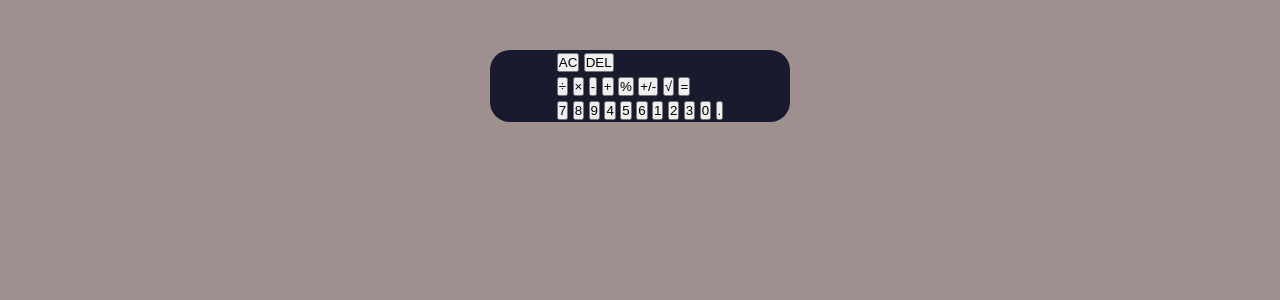
Repository: MikkyPrestige/js-calculator
Page: index.html
These files come from the project's save history. The page is drawn as it stood at one moment and after the next save; the edit follows.
The browser window is 1280 px wide. The pictures show the whole page.

Above is the page before, as saved 2023-05-08 01:00:23.

### index.html
<!DOCTYPE html>
<html lang="en">

<head>
  <meta charset="UTF-8">
  <meta http-equiv="X-UA-Compatible" content="IE=edge">
  <meta name="viewport" content="width=device-width, initial-scale=1.0">
  <title>JavaScript Calculator</title>
  <link rel="stylesheet" href="./index.css">
  <!-- <script src="script.js" defer></script> -->
</head>

<body>
  <main>
    <section class="calculator">
      <div class="output">
        <div class="output--curr"></div>
        <div class="output--prev"></div>
      </div>
      <div class="btns">
        <div class="btn--ctrls">
          <button class="btn btn--clear">AC</button>
          <button class="btn btn--del">DEL</button>
        </div>
        <div class="btn--ops">
          <button class="btn btn--op">÷</button>
          <button class="btn btn--op">×</button>
          <button class="btn btn--op">-</button>
          <button class="btn btn--op">+</button>
          <button class="btn btn--op">%</button>
          <button class="btn btn--op">+/-</button>
          <button class="btn btn--op">√</button>
          <button class="btn btn--op">=</button>
        </div>
        <div class="btn--nums">
          <button class="btn btn--num">7</button>
          <button class="btn btn--num">8</button>
          <button class="btn btn--num">9</button>
          <button class="btn btn--num">4</button>
          <button class="btn btn--num">5</button>
          <button class="btn btn--num">6</button>
          <button class="btn btn--num">1</button>
          <button class="btn btn--num">2</button>
          <button class="btn btn--num">3</button>
          <button class="btn btn--num">0</button>
          <button class="btn btn--num">.</button>
        </div>
      </div>
    </section>
  </main>
</body>

</html>

### index.css
*,
*::before,
*::after {
  box-sizing: border-box;
  margin: 0;
  padding: 0;
}

html {
  font-size: 62.5%;
}

body {
  font-family: 'Fira Sans', sans-serif;
  font-size: 1.6rem;
  font-weight: 400;
  line-height: 1.5;
  background: #9F9090;
  min-height: 100%;
  width: 100%;
}

main {
  background: rgba(26, 26, 46, 1);
  width: 100%;
  max-width: 30rem;
  height: 100%;
  margin: 5rem auto;
  /* padding: 1rem; */
  border-radius: 2rem;
  -webkit-border-radius: 2rem;
  -moz-border-radius: 2rem;
  -ms-border-radius: 2rem;
  -o-border-radius: 2rem;
}

.calculator {
  display: flex;
  flex-direction: column;
  justify-content: space-between;
  align-items: center;
  height: 100%;
}

After the next save:
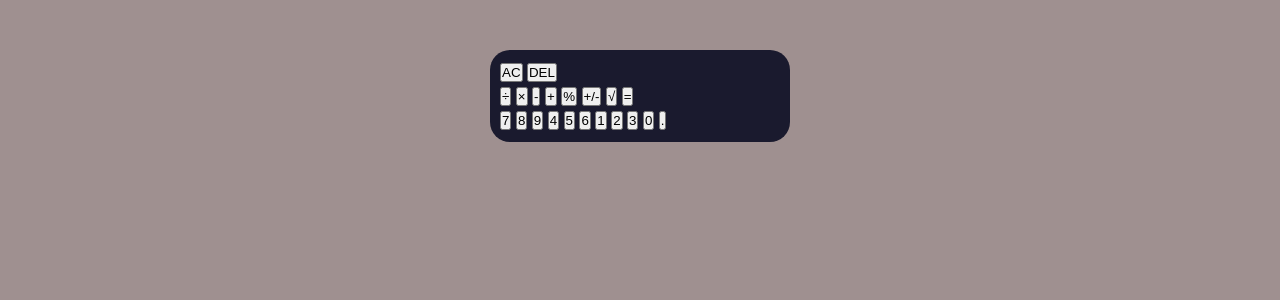
Saved 8 s later.
--- a/index.css
+++ b/index.css
@@ -26,7 +26,7 @@ main {
   max-width: 30rem;
   height: 100%;
   margin: 5rem auto;
-  /* padding: 1rem; */
+  padding: 1rem;
   border-radius: 2rem;
   -webkit-border-radius: 2rem;
   -moz-border-radius: 2rem;
@@ -38,6 +38,6 @@ main {
   display: flex;
   flex-direction: column;
   justify-content: space-between;
-  align-items: center;
+  /* align-items: center; */
   height: 100%;
 }
